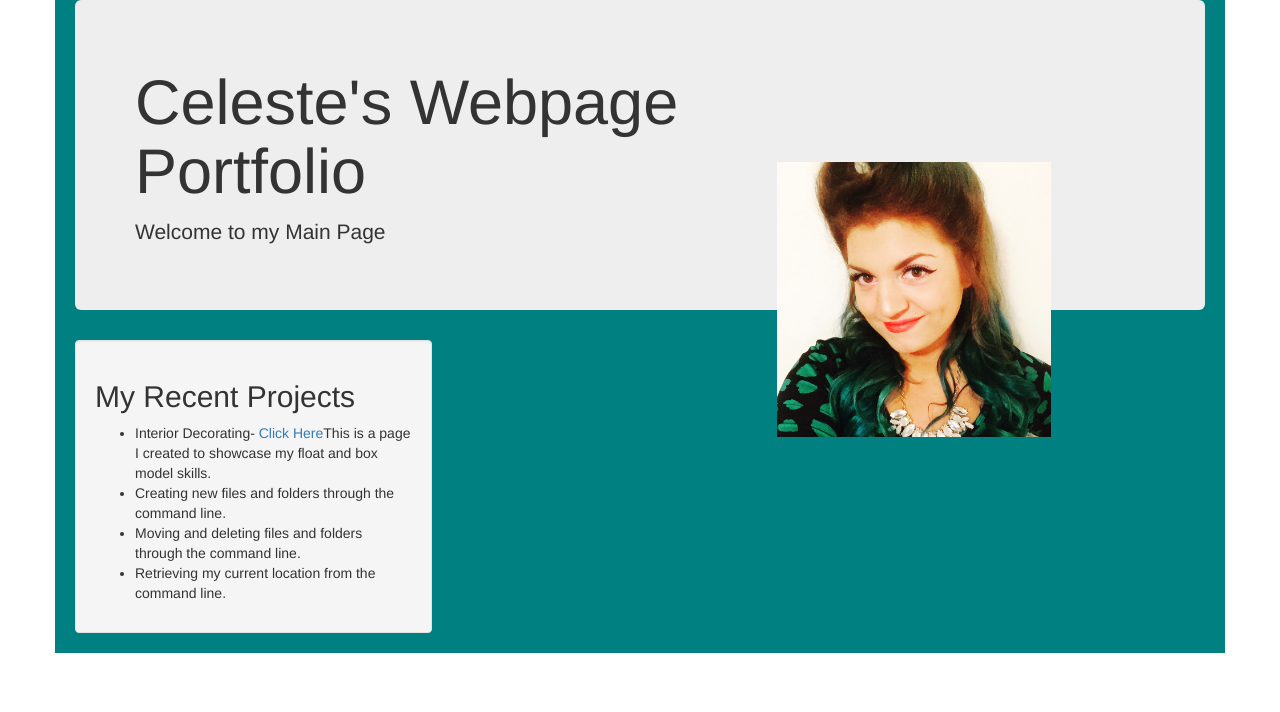
Repository: fieldceleste/portfolio-celeste
Page: portfolio-celeste.html
An editor plug-in stored every save of this project. The page is shown before and after the next save, followed by the edit.
The browser window is 1280 px wide. The pictures show the whole page.

Above is the page before, as saved 2019-11-01 14:36:57.

After the next save:
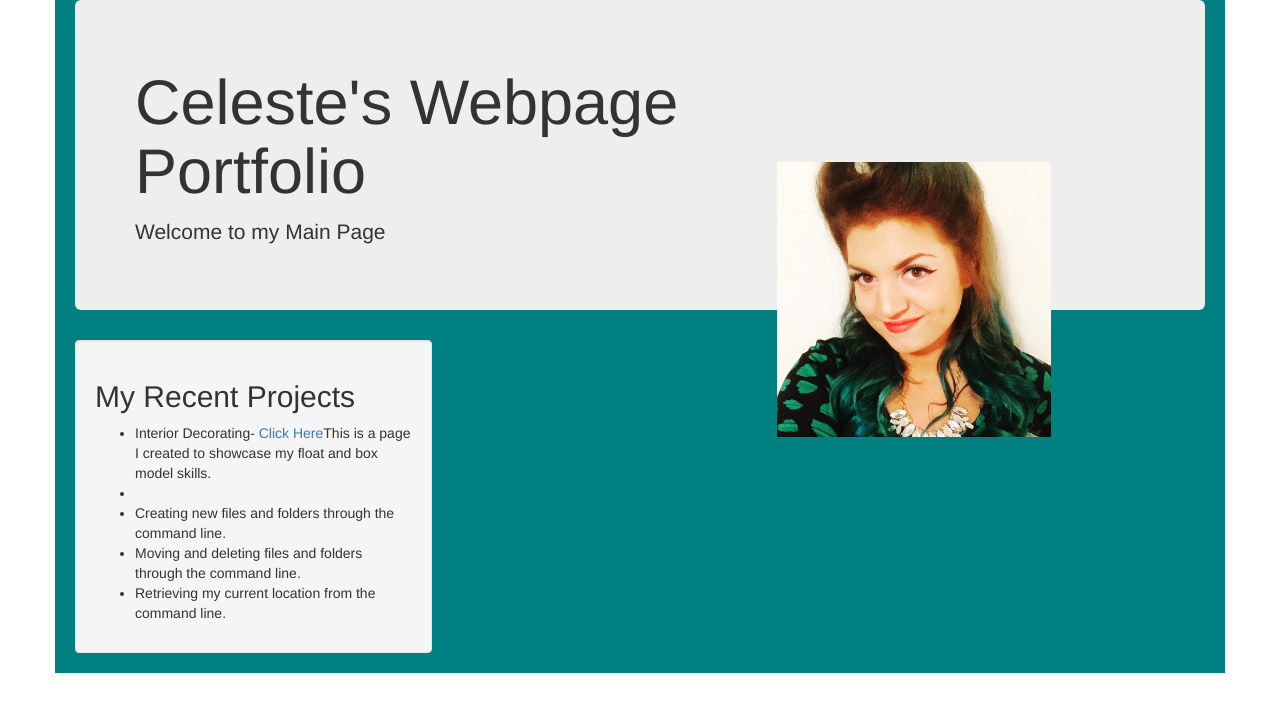
Saved 69 s later.
--- a/portfolio-celeste.html
+++ b/portfolio-celeste.html
@@ -18,7 +18,7 @@
              </div>
             <h2>My Recent Projects</h2>
               <ul>
-                <li>Interior Decorating- <a herf="https://www.youtube.com/">Click Here</a>This is a page I created to showcase my float and box model skills.  </li>
+                <li>Interior Decorating- <a herf="https://www.youtube.com/">Click Here</a>This is a page I created to showcase my float and box model skills. <li>
                 <li>Creating new files and folders through the command line.</li>
                 <li>Moving and deleting files and folders through the command line.</li>
                 <li>Retrieving my current location from the command line.</li>
